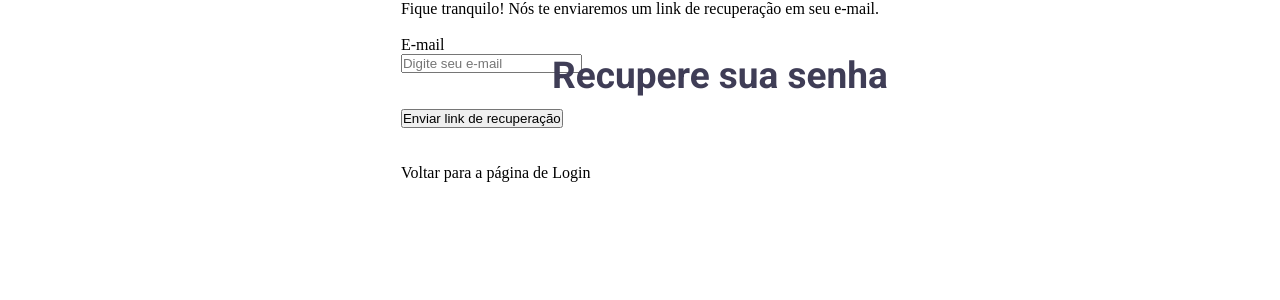
Repository: RenatoCCS/formularios
Page: senha.html
An editor plug-in stored every save of this project. The page is shown before and after the next save, followed by the edit.
The browser window is 1280 px wide. The pictures show the whole page.

Above is the page before, as saved 2023-03-27 20:39:53.

### senha.html
<!DOCTYPE html>
<html lang="pt-br">
  <head>
    <meta charset="UTF-8" />
    <meta http-equiv="X-UA-Compatible" content="IE=edge" />
    <meta name="viewport" content="width=device-width, initial-scale=1.0" />
    <link rel="stylesheet" href="style.css" />
    <title>Recupere sua senha</title>
  </head>
  <body class="container">
    <form action="" class="form__Login">
      <div>
        <h1 class="form__Senha__Titulo">Recupere sua senha</h1>
      </div>

      <div>
        <p>
          Fique tranquilo! Nós te enviaremos um link de recuperação em seu
          e-mail.
        </p>
      </div>
      <br />

      <div>
        <label for="email">E-mail</label>
        <br />
        <input
          id="email"
          type="email"
          name="email"
          placeholder="Digite seu e-mail"
        />
      </div>
      <br /><br />

      <div>
        <button type="submit">Enviar link de recuperação</button>
      </div>
      <br /><br />

      <div>
        <p>Voltar para a página de Login</p>
      </div>
    </form>
  </body>
</html>

### style.css
@import url('https://fonts.googleapis.com/css2?family= Roboto :wght@400;500;700 & display=swap');

* {
  margin: 0;
  padding: 0;
}

:root {
  --primeira-cor: #3f3d56;
  --segunda-cor: #323730;
  --terceira-cor: #abb3a8;
  --quarta-cor: #ffffff;
  --quinta-cor: #3f3f40;
  --sexta-cor: #da2a41;

  --fonte-primaria: 'Roboto', sans-serif;
}

.container {
  display: flex;
  justify-content: center;
}

.form__Cadastro__Titulo {
  position: absolute;
  width: 302px;
  height: 43px;
  left: 569px;
  top: 68px;
  color: var(--primeira-cor);
  font-family: var(--fonte-primaria);
  font-style: normal;
  font-weight: 700;
  font-size: 17px; /*o indicado é 37px, mas se manter quebra a linha*/
  line-height: 43px;
  text-align: center;
}

.nome__Cadastro {
  position: absolute;
  width: 396px;
  height: 69px;
  top: 139px;
  left: 522px;
}

.nome__Cadastro__Nomecompleto {
  position: absolute;
  width: 100px;
  height: 24px;
  top: -6px;
  left: 0px;
  color: var(--segunda-cor);
  font-family: var(--fonte-primaria);
  font-style: normal;
  font-weight: 400;
  font-size: 14px;
  line-height: 24px;
}

.nome__Cadastro__Campo {
  position: absolute;
  width: 163px;
  height: 24px;
  top: 34px;
  left: 14px;
  color: var(--terceira-cor);
  font-family: var(--fonte-primaria);
  font-style: normal;
  font-weight: 400;
  font-size: 14px;
  line-height: 24px;
  padding: 12px 219px 11px 14px;
}

.nome__Cadastro__Campo {
  box-sizing: border-box;
  border: 1px solid;
  position: absolute;
  width: 396px;
  height: 47px;
  top: 22px;
  left: 0%;
  right: 0%;
  top: 31.88%;
  bottom: 0%;
  color: var(--terceira-cor);
  background-color: var(--quarta-cor);
}

.data__Cadastro {
  position: absolute;
  width: 170px;
  height: 74px;
  left: 522px;
  top: 232px;
}

.data__Cadastro__Nascimento {
  position: absolute;
  width: 127px;
  height: 18px;
  top: -2px;
  left: 0px;
  color: var(--quinta-cor);
  font-family: var(--fonte-primaria);
  font-style: normal;
  font-weight: 400;
  font-size: 14px;
  line-height: 24px;
  display: flex;
  align-items: center;
}

.data__Cadastro__Calendario {
  position: absolute;
  width: 83px;
  height: 24px;
  top: 12px;
  left: 14px;
  color: var(--terceira-cor);
  font-family: var(--fonte-primaria);
  font-style: normal;
  font-weight: 400;
  font-size: 14px;
  line-height: 24px;
  display: flex;
  align-items: center;
  padding: 12px 0px 11px 14px;
}

.data__Cadastro__Calendario {
  box-sizing: border-box;
  border: 1px solid;
  position: absolute;
  width: 170px;
  height: 47px;
  top: 22px;
  left: 0%;
  right: 0%;
  top: 31.88%;
  bottom: 0%;
  color: var(--terceira-cor);
  background-color: var(--quarta-cor);
}

.pais__Cadastro {
  position: absolute;
  width: 208px;
  height: 69px;
  top: 230px;
  left: 710px;
}

.pais__Cadastro__Pais {
  position: absolute;
  width: 34px;
  height: 15px;
  top: -2px;
  left: 0px;
  color: var(--segunda-cor);
  font-family: var(--fonte-primaria);
  font-style: normal;
  font-weight: 400;
  font-size: 14px;
  line-height: 24px;
}

.pais__Cadastro__Vermelho {
  position: absolute;
  width: 34px;
  height: 15px;
  top: -2px;
  left: 30px;
  color: var(--sexta-cor);
  font-family: var(--fonte-primaria);
  font-style: normal;
  font-weight: 400;
  font-size: 14px;
  line-height: 24px;
}

.pais__Cadastro__Campo {
  position: absolute;
  width: 66px;
  height: 24px;
  top: 34px;
  left: 14px;
  color: var(--terceira-cor);
  font-family: var(--fonte-primaria);
  font-style: normal;
  font-weight: 400;
  font-size: 14px;
  line-height: 24px;
  padding: 12px 11px 14px;
}

.pais__Cadastro__Campo {
  box-sizing: border-box;
  border: 1px solid;
  position: absolute;
  width: 208px;
  height: 47px;
  top: 24px;
  left: 0%;
  right: 0%;
  top: 31, 88%;
  bottom: 0%;
  color: var(--terceira-cor);
  background-color: var(--quarta-cor);
}

.pais__Cadastro__Campo option {
  position: absolute;
  color: var(--segunda-cor);
  font-family: var(--fonte-primaria);
  font-style: normal;
  font-weight: 400;
  font-size: 14px;
  line-height: 16px;
}

.pais__Cadastro__Seta {
  position: absolute;
  width: 12px;
  height: 6px;
  top: 45px;
  left: 193px;
}

.genero__Cadastro {
  position: absolute;
  width: 386px;
  height: 50px;
  top: 328px;
  left: 522px;
}

.genero__Cadastro__Titulo {
  position: absolute;
  width: 49px;
  height: 24px;
  top: -2px;
  left: 0px;
  color: var(--segunda-cor);
  font-family: var(--fonte-primaria);
  font-style: normal;
  font-weight: 400;
  font-size: 14px;
  line-height: 24px;
}

.genero__Cadastro__Botao1 {
  position: absolute;
  box-sizing: border-box;
  width: 18px;
  height: 18px;
  top: 32px;
  left: 0px;
}

.genero__Cadastro__Feminino {
  position: absolute;
  width: 58px;
  height: 16px;
  top: 32px;
  left: 24px;
  color: var(--segunda-cor);
  font-family: var(--fonte-primaria);
  font-style: normal;
  font-weight: 400;
  font-size: 14px;
  line-height: 16px;
}

.genero__Cadastro__Botao2 {
  position: absolute;
  box-sizing: border-box;
  width: 18px;
  height: 18px;
  top: 32px;
  left: 137px;
}

.genero__Cadastro__Masculino {
  position: absolute;
  width: 65px;
  height: 16px;
  top: 32px;
  left: 161px;
  color: var(--segunda-cor);
  font-family: var(--fonte-primaria);
  font-style: normal;
  font-weight: 400;
  font-size: 14px;
  line-height: 16px;
}

.genero__Cadastro__Botao3 {
  position: absolute;
  box-sizing: border-box;
  width: 18px;
  height: 18px;
  top: 32px;
  left: 282px;
}

.genero__Cadastro__Naodeclarar {
  position: absolute;
  width: 81px;
  height: 16px;
  top: 32px;
  left: 306px;
  color: var(--segunda-cor);
  font-family: var(--fonte-primaria);
  font-style: normal;
  font-weight: 400;
  font-size: 14px;
  line-height: 16px;
}

.email__Cadastro {
  position: absolute;
  width: 396px;
  height: 69px;
  top: 406px;
  left: 522px;
}

.email__Cadastro__Titulo {
  position: absolute;
  width: 40px;
  height: 24px;
  top: -4px;
  left: 0px;
  color: var(--segunda-cor);
  font-family: var(--fonte-primaria);
  font-style: normal;
  font-weight: 400;
  font-size: 14px;
  line-height: 24px;
}

.email__Cadastro__Campo {
  position: absolute;
  width: 104px;
  height: 24px;
  top: 34px;
  left: 14px;
  color: var(--terceira-cor);
  font-family: var(--fonte-primaria);
  font-style: normal;
  font-weight: 400;
  font-size: 14px;
  line-height: 24px;
  padding: 12px 270px 11px 14px;
}

.email__Cadastro__Campo {
  box-sizing: border-box;
  border: 1px solid;
  position: absolute;
  width: 396px;
  height: 47px;
  top: 22px;
  left: 0%;
  right: 0%;
  top: 31.88%;
  bottom: 0%;
  color: var(--terceira-cor);
  background-color: var(--quarta-cor);
}

.senha__Cadastro {
  position: absolute;
  width: 396px;
  height: 75px;
  top: 497px;
  left: 522px;
}

.senha__Cadastro__Titulo {
  position: absolute;
  width: 39px;
  height: 24px;
  top: -4px;
  left: 0px;
  color: var(--segunda-cor);
  font-family: var(--fonte-primaria);
  font-style: normal;
  font-weight: 400;
  font-size: 14px;
  line-height: 24px;
}

.senha__Cadastro__Campo {
  position: absolute;
  width: 97px;
  height: 24px;
  top: 34px;
  left: 14px;
  color: var(--terceira-cor);
  font-family: var(--fonte-primaria);
  font-style: normal;
  font-weight: 400;
  font-size: 14px;
  line-height: 24px;
  padding: 12px 278px 11px 14px;
}

.senha__Cadastro__Campo {
  box-sizing: border-box;
  border: 1px solid;
  position: absolute;
  width: 396px;
  height: 47px;
  top: 22px;
  left: 0%;
  right: 0%;
  top: 31.88%;
  bottom: 0%;
  color: var(--terceira-cor);
  background-color: var(--quarta-cor);
}

.confirma__Cadastro {
  position: absolute;
  width: 396px;
  height: 75px;
  top: 594px;
  left: 522px;
}

.confirma__Cadastro__Titulo {
  position: absolute;
  width: 126px;
  height: 24px;
  top: -4px;
  left: 0px;
  color: var(--segunda-cor);
  font-family: var(--fonte-primaria);
  font-style: normal;
  font-weight: 400;
  font-size: 14px;
  line-height: 24px;
}

.confirma__Cadastro__Campo {
  position: absolute;
  width: 104px;
  height: 24px;
  top: 34px;
  left: 14px;
  color: var(--terceira-cor);
  font-family: var(--fonte-primaria);
  font-style: normal;
  font-weight: 400;
  font-size: 14px;
  line-height: 24px;
  padding: 12px 276px 11px 14px;
}

.confirma__Cadastro__Campo {
  box-sizing: border-box;
  border: 1px solid;
  position: absolute;
  width: 396px;
  height: 47px;
  top: 22px;
  left: 0%;
  right: 0%;
  top: 31.88%;
  bottom: 0%;
  color: var(--terceira-cor);
  background-color: var(--quarta-cor);
}

.termo__Cadastro {
  position: absolute;
  width: 396px;
  height: 34px;
  top: 697px;
  left: 522px;
}

.termo__Cadastro__Botao {
  position: absolute;
  width: 18px;
  height: 18px;
  top: 0px;
  left: 0px;
  color: var(--segunda-cor);
  font-family: var(--fonte-primaria);
  font-style: normal;
  font-weight: 400;
  font-size: 14px;
  line-height: 24px;
}

.termo__Cadastro__Texto {
  position: absolute;
  width: 368px;
  height: 34px;
  top: -3px;
  left: 30px;
  color: var(--segunda-cor);
  font-family: var(--fonte-primaria);
  font-style: normal;
  font-weight: 400;
  font-size: 14px;
  line-height: 130%;
}

.botao__Cadastro {
  position: absolute;
  width: 396px;
  height: 47px;
  top: 759px;
  left: 522px;
}

.botao__Cadastro__Cadastrar {
  box-sizing: border-box;
  border: 1px solid;
  border-radius: 5px;
  position: absolute;
  width: 396px;
  height: 47px;
  top: 0px;
  background-color: var(--primeira-cor);
}

.botao__Cadastro__Cadastrar {
  color: var(--quarta-cor);
  font-family: var(--fonte-primaria);
  font-style: normal;
  font-weight: 500;
  font-size: 16px;
  line-height: 19px;
  text-align: center;
}

.pergunta__Cadastro {
  position: absolute;
  width: 300px;
  height: 16px;
  top: 834px;
  left: 572px;
  color: var(--segunda-cor);
  font-family: var(--fonte-primaria);
  font-style: normal;
  font-weight: 400;
  font-size: 14px;
  line-height: 16px;
}

/*Inicio da parte Login*/

.form__Login__Titulo {
  position: absolute;
  width: 300px; /*O indicado era 240*/
  height: 43px;
  top: 68px;
  left: 601px;
  color: var(--primeira-cor);
  font-family: var(--fonte-primaria);
  font-style: normal;
  font-weight: 700;
  font-size: 37px;
  line-height: 43px;
  text-align: center;
}

.email__Login {
  position: absolute;
  width: 515px;
  height: 69px;
  top: 142px;
  left: 480px;
}

.email__Login__Titulo {
  position: absolute;
  width: 478px;
  height: 16px;
  top: 0px;
  left: 0px;
  color: var(--segunda-cor);
  font-family: var(--fonte-primaria);
  font-style: normal;
  font-weight: 400;
  font-size: 14px;
  line-height: 16px;
}

.email__Login__Campo {
  position: absolute;
  width: 104px;
  height: 16px;
  top: 38px;
  left: 17px;
  color: var(--terceira-cor);
  font-family: var(--fonte-primaria);
  font-style: normal;
  font-weight: 400;
  font-size: 14px;
  line-height: 16px;
  padding: 16px 390px 15px 17px;
}

.email__Login__Campo {
  box-sizing: border-box;
  border: 1px solid;
  position: absolute;
  width: 515px;
  height: 47px;
  top: 22px;
  left: 0%;
  right: 0%;
  top: 31.88%;
  bottom: 0%;
  color: var(--terceira-cor);
  background-color: var(--quarta-cor);
}

.senha__Login {
  position: absolute;
  width: 515px;
  height: 69px;
  top: 250px;
  left: 480px;
}

.senha__Login__Titulo {
  position: absolute;
  width: 39px;
  height: 16px;
  top: 0px;
  left: 0px;
  color: var(--segunda-cor);
  font-family: var(--fonte-primaria);
  font-style: normal;
  font-weight: 400;
  font-size: 14px;
  line-height: 16px;
}

.senha__Login__Campo {
  position: absolute;
  width: 97px;
  height: 16px;
  top: 288px;
  left: 480px;
  color: var(--terceira-cor);
  font-family: var(--fonte-primaria);
  font-style: normal;
  font-weight: 400;
  font-size: 14px;
  line-height: 16px;
  padding: 16px 390px 15px 17px;
}

.senha__Login__Campo {
  box-sizing: border-box;
  border: 1px solid;
  position: absolute;
  width: 515px;
  height: 47px;
  top: 22px;
  left: 0%;
  right: 0%;
  top: 31.88%;
  bottom: 0%;
  color: var(--terceira-cor);
  background-color: var(--quarta-cor);
}

.conectado__Login__Botao {
  position: absolute;
  width: 18px;
  height: 18px;
  top: 345px;
  left: 480px;
}

.conectado__Login__Texto {
  position: absolute;
  width: 165px;
  height: 16px;
  top: 346px;
  left: 510px;
  color: var(--segunda-cor);
  font-family: var(--fonte-primaria);
  font-style: normal;
  font-weight: 400;
  font-size: 14px;
  line-height: 16px;
}

.conectado__Login__Senha {
  position: absolute;
  width: 150px;
  height: 16px;
  top: 346px;
  left: 844px;
  color: var();
  font-family: var(--fonte-primaria);
  font-style: normal;
  font-weight: 400;
  font-size: 14px;
  line-height: 16px;
}

.botao__Login {
  position: absolute;
  width: 514px;
  height: 47px;
  top: 393px;
  left: 480px;
}

.botao__Entrar__Login {
  position: absolute;
  width: 43px;
  height: 19px;
  top: 14px;
  left: 236px;
  color: var(--quarta-cor);
  font-family: var(--fonte-primaria);
  font-style: normal;
  font-weight: 500;
  font-size: 16px;
  line-height: 19px;
}

.botao__Entrar__Login {
  box-sizing: border-box;
  border: 1px solid;
  position: absolute;
  width: 514px;
  height: 47px;
  top: 22px;
  left: 0%;
  right: 0%;
  top: 0%;
  bottom: 0%;
  color: var(--quarta-cor);
  background-color: var(--primeira-cor);
}

.semConta__Login____Frase {
  position: absolute;
  width: 255px;
  height: 16px;
  top: 472px;
  left: 596px;
  color: var(--segunda-cor);
  font-family: var(--fonte-primaria);
  font-style: normal;
  font-weight: 400;
  font-size: 14px;
  line-height: 16px;
}

/*Inicio da parte de recupere a senha*/

.form__Senha__Titulo {
  position: absolute;
  width: 337px;
  height: 43px;
  top: 68px;
  left: 552px;
  color: var(--primeira-cor);
  font-family: var(--fonte-primaria);
  font-style: normal;
  font-weight: 700;
  font-size: 37px;
  line-height: 16px;
}

After the next save:
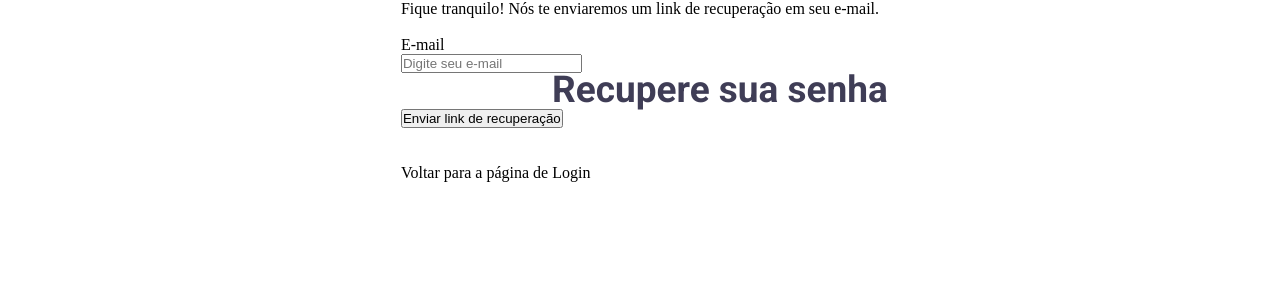
Saved 9 s later.
--- a/style.css
+++ b/style.css
@@ -775,5 +775,5 @@
   font-style: normal;
   font-weight: 700;
   font-size: 37px;
-  line-height: 16px;
-}
+  line-height: 43px;
+}
